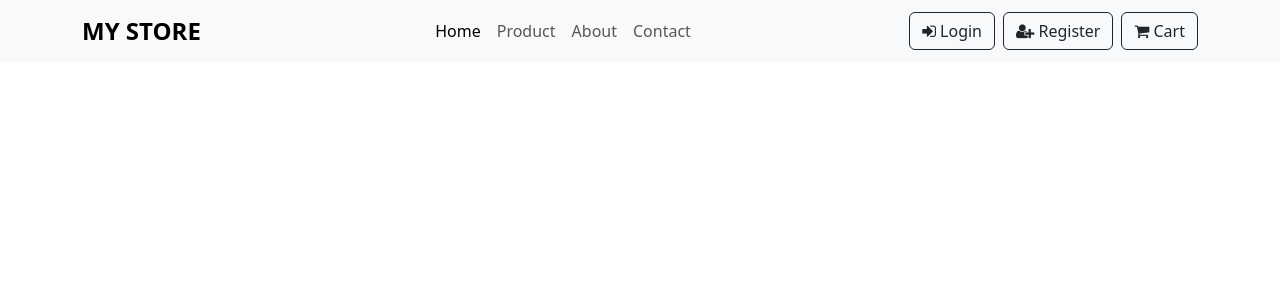
Repository: asad3407886839/E-commerce-Store
Page: / (app in vite-project/)
An editor plug-in stored every save of this project. The page is shown before and after the next save, followed by the edit.
The browser window is 1280 px wide. The pictures show the whole page.
The project was rebuilt for these pictures with package versions that can differ from the ones it lists, and the page was loaded fresh each time. Also part of the build but not shown: vite-project/vite.config.js, vite-project/src/index.css.

Above is the page before, as saved 2024-06-29 15:31:27.

After the next save:
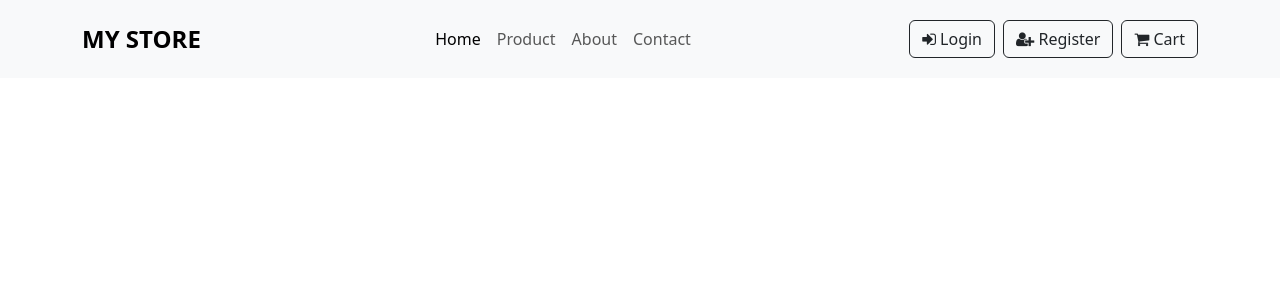
Saved 2 min 14 s later.
--- a/vite-project/src/components/Navbar.jsx
+++ b/vite-project/src/components/Navbar.jsx
@@ -2,7 +2,7 @@
 const Navbar = () => {
   return (
     <div>
-      <nav className="navbar navbar-expand-lg bg-body-tertiary">
+      <nav className="navbar navbar-expand-lg bg-body-tertiary bg-white p-3">
         <div className="container">
           <a className="navbar-brand fw-bold fs-4" href="#">MY STORE</a>
           <button

After the 2 saves that followed:
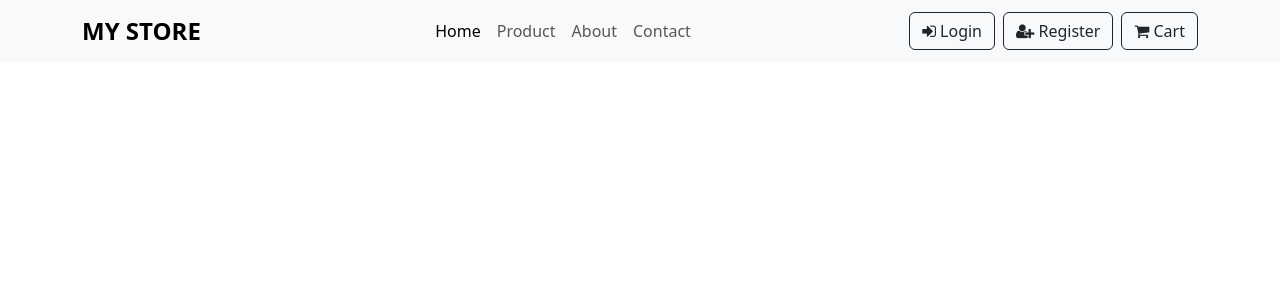
The 2 saves are shown as one change because 1 left the picture as it was.
The last was saved 92 s later.
--- a/vite-project/src/components/Navbar.jsx
+++ b/vite-project/src/components/Navbar.jsx
@@ -2,7 +2,7 @@
 const Navbar = () => {
   return (
     <div>
-      <nav className="navbar navbar-expand-lg bg-body-tertiary bg-white p-3">
+      <nav className="navbar navbar-expand-lg navbar-light bg-light">
         <div className="container">
           <a className="navbar-brand fw-bold fs-4" href="#">MY STORE</a>
           <button
